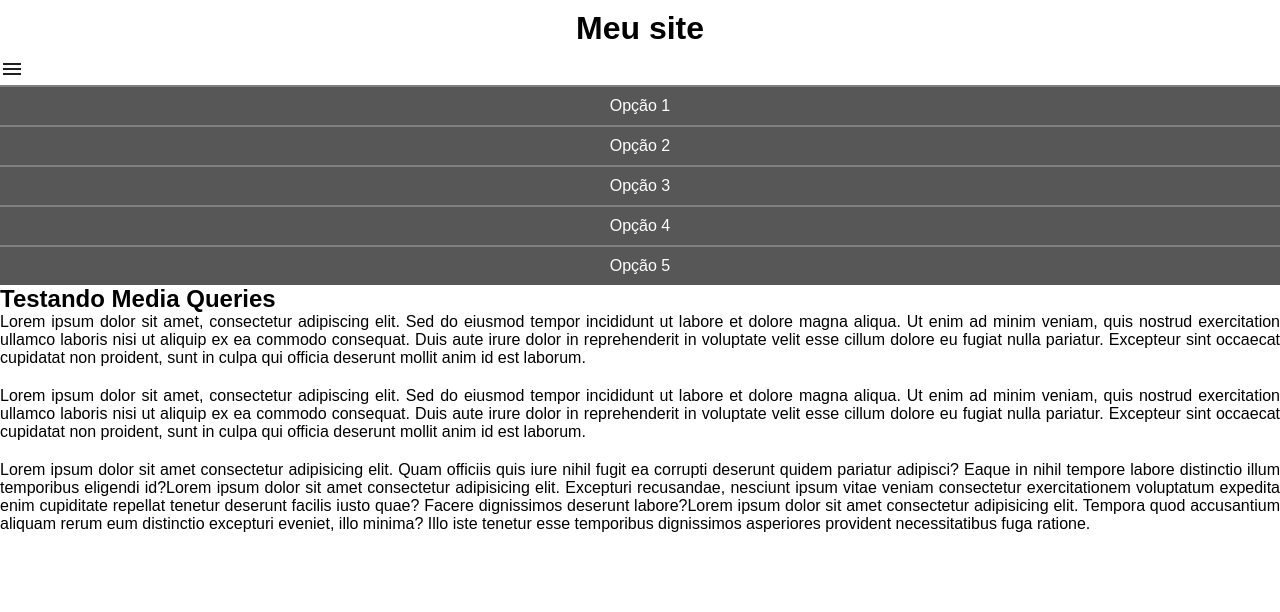
Repository: Sandro1969-tech/menu-hamburger
Page: index.html
The author's editor kept a copy of each file at every save. The page is drawn from the files as they stood at one save, then again after the next save.
The browser window is 1280 px wide. The pictures show the whole page.

Above is the page before, as saved 2025-12-25 19:03:46.

After the next save:
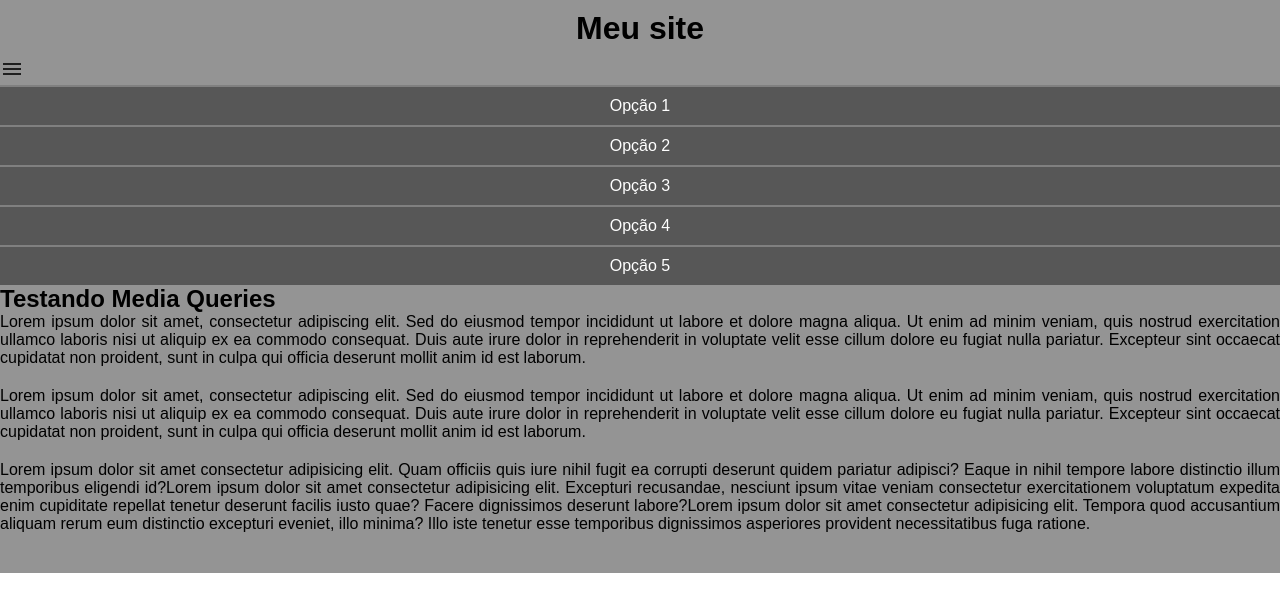
Saved 4 s later.
--- a/style.css
+++ b/style.css
@@ -10,7 +10,7 @@ body html {
     background-color: lightgrey;
 }
 header {
-background-color: rgb(148, 148green, 148);
+background-color: rgb(148, 148, 148);
 
 
 
